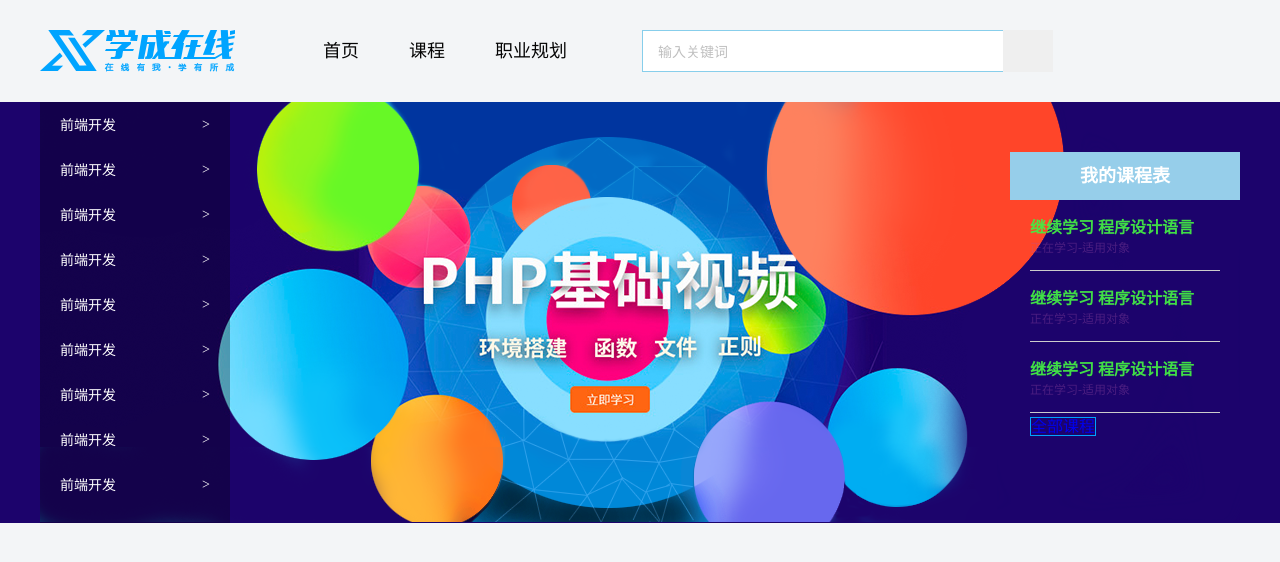
Repository: R1Deemo/Web-Project
Page: index..html
The author's editor kept a copy of each file at every save. The page is drawn from the files as they stood at one save, then again after the next save.
The browser window is 1280 px wide. The pictures show the whole page.

Above is the page before, as saved 2022-03-09 17:35:21.

### index..html
<!DOCTYPE html>
<html lang="en">

<head>
    <meta charset="UTF-8">
    <meta http-equiv="X-UA-Compatible" content="IE=edge">
    <meta name="viewport" content="width=device-width, initial-scale=1.0">
    <title>测试页面</title>
    <link rel="stylesheet" href="style.css">
</head>

<body>
    <!--头部模块 -->
    <div class="header w">
        <div class="logo">
            <img src="images/学成在线.png" alt="">
        </div>
        <!-- 实际开发中要用li+a的做法做导航栏 -->
        <div class="nav">
            <ul>
                <li>
                    <a href="#">首页</a>
                </li>
                <li>
                    <a href="#">课程</a>
                </li>
                <li>
                    <a href="#">职业规划</a>
                </li>

            </ul>
        </div>
        <!-- 搜索模块 -->
        <div class="search">
            <input type="text" value="输入关键词">
            <button></button>

        </div>

    </div>
    <!-- 头部区域结束 -->
    <!-- banner部分开始 -->
    <div class="banner">
        <div class="w">
            <div class="subnav">
                <ul>
                    <li><a href="#">前端开发<span>&gt</span></a></li>
                    <li><a href="#">前端开发<span>&gt</span></a></li>
                    <li><a href="#">前端开发<span>&gt</span></a></li>
                    <li><a href="#">前端开发<span>&gt</span></a></li>
                    <li><a href="#">前端开发<span>&gt</span></a></li>
                    <li><a href="#">前端开发<span>&gt</span></a></li>
                    <li><a href="#">前端开发<span>&gt</span></a></li>
                    <li><a href="#">前端开发<span>&gt</span></a></li>
                    <li><a href="#">前端开发<span>&gt</span></a></li>

                </ul>

            </div>
            <div class="course">
                <h2>我的课程表</h2>
                <div class="bd">
                    <ul>
                        <li>
                            <h4>继续学习 程序设计语言</h4>
                            <p>正在学习-适用对象</p>
                        </li>
                        <li>
                            <h4>继续学习 程序设计语言</h4>
                            <p>正在学习-适用对象</p>
                        </li>
                        <li>
                            <h4>继续学习 程序设计语言</h4>
                            <p>正在学习-适用对象</p>
                        </li>


                    </ul>
                    <a href="#" class="more">全部课程</a>
                </div>

            </div>
        </div>
    </div>

</body>

</html>

### style.css
* {
    margin: 0;
    padding: 0;
}

.w {
    width: 1200px;
    margin: 0 auto;
}

body {
    background-color: #f3f5f7;
}

li {
    list-style: none;
}

a {
    text-decoration: none;
}

.header {
    height: 42px;
    /* background-color: pink; */
    margin: 30px auto;
}

.logo {
    float: left;
    width: 198px;
    height: 42px;
}

.nav {
    float: left;
    margin-left: 60px;
}

.nav ul li {
    float: left;
    margin: 0 15px;
}

.nav ul li a {
    display: block;
    height: 42px;
    padding: 0 10px;
    line-height: 42px;
    font-size: 18px;
    color: #050505;
}

.nav ul li a:hover {
    border-bottom: 2px solid #00a4ff;
}

.search {
    float: left;
    width: 412px;
    height: 42px;
    margin-left: 50px;
}

.search input {
    float: left;
    width: 345px;
    height: 40px;
    border: 1px solid skyblue;
    border-right: 0;
    color: #bfbfbf;
    font-size: 14px;
    padding-left: 15px;
}

.search button {
    float: left;
    width: 50px;
    height: 42px;
    border: 0;
    /* background: url(images/搜索.png); */
}

.banner {
    background-color: #1c036c;
    height: 421px;
}

.banner .w {
    background: url(images/banner2.png) no-repeat top center;
    height: 421px;
}

.subnav {
    float: left;
    width: 190px;
    height: 421px;
    background-color: rgba(0, 0, 0, .3);
}

.subnav ul li {
    height: 45px;
    line-height: 45px;
    padding: 0 20px;
}

.subnav ul li a {
    font-size: 14px;
    color: #fff;
}

.subnav ul li a span {
    float: right;
}

.subnav ul li a:hover {
    color: #00a4ff;
}

.course {
    float: right;
    margin-top: 50px;
    width: 230px;
    height: 300px;
    /* background-color: #fff; */
}

.course h2 {
    height: 48px;
    background-color: #96ceea;
    font-size: 18px;
    line-height: 48px;
    text-align: center;
    color: #fff;
}

.bd {
    padding: 0 20px;
}

.bd ul li h4 {
    font-size: 16px;
    color: #4e4e;
}

.bd ul li p {
    font-size: 12px;
    color: #a5a5;
}

.bd ul li {
    border-bottom: 1px solid #ccc;
    padding: 14px 0;
}

.bd .more {
    height: 38px;
    border: 1px solid #00a4ff;
}

After the next save:
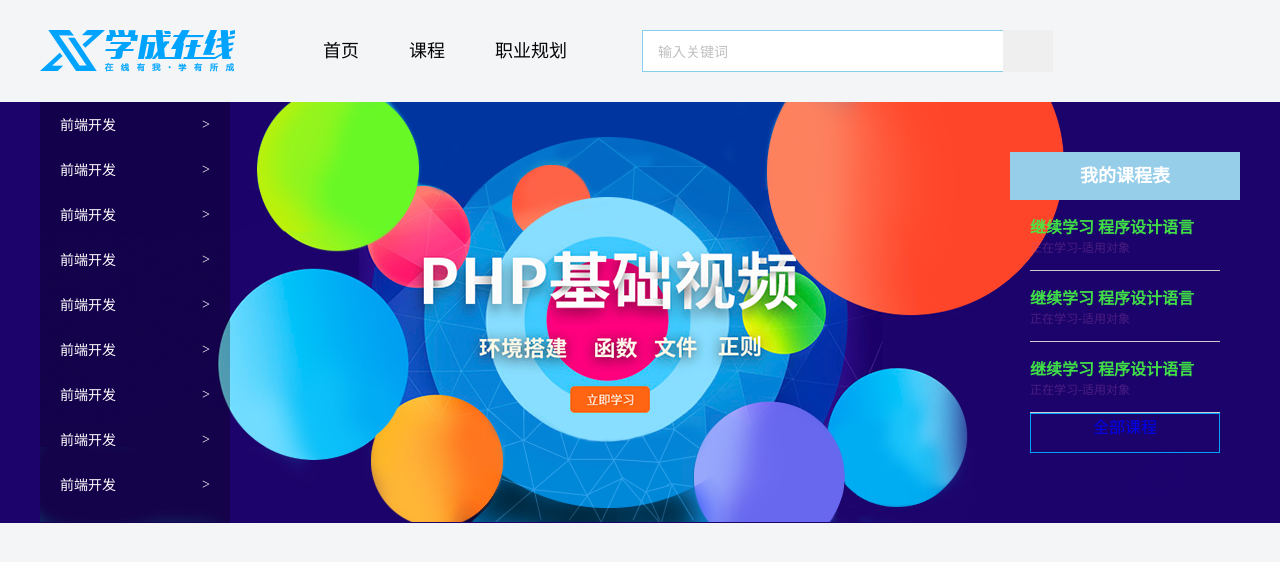
Saved 17 s later.
--- a/style.css
+++ b/style.css
@@ -154,6 +154,8 @@
 }
 
 .bd .more {
+    display: block;
     height: 38px;
     border: 1px solid #00a4ff;
+    text-align: center;
 }
